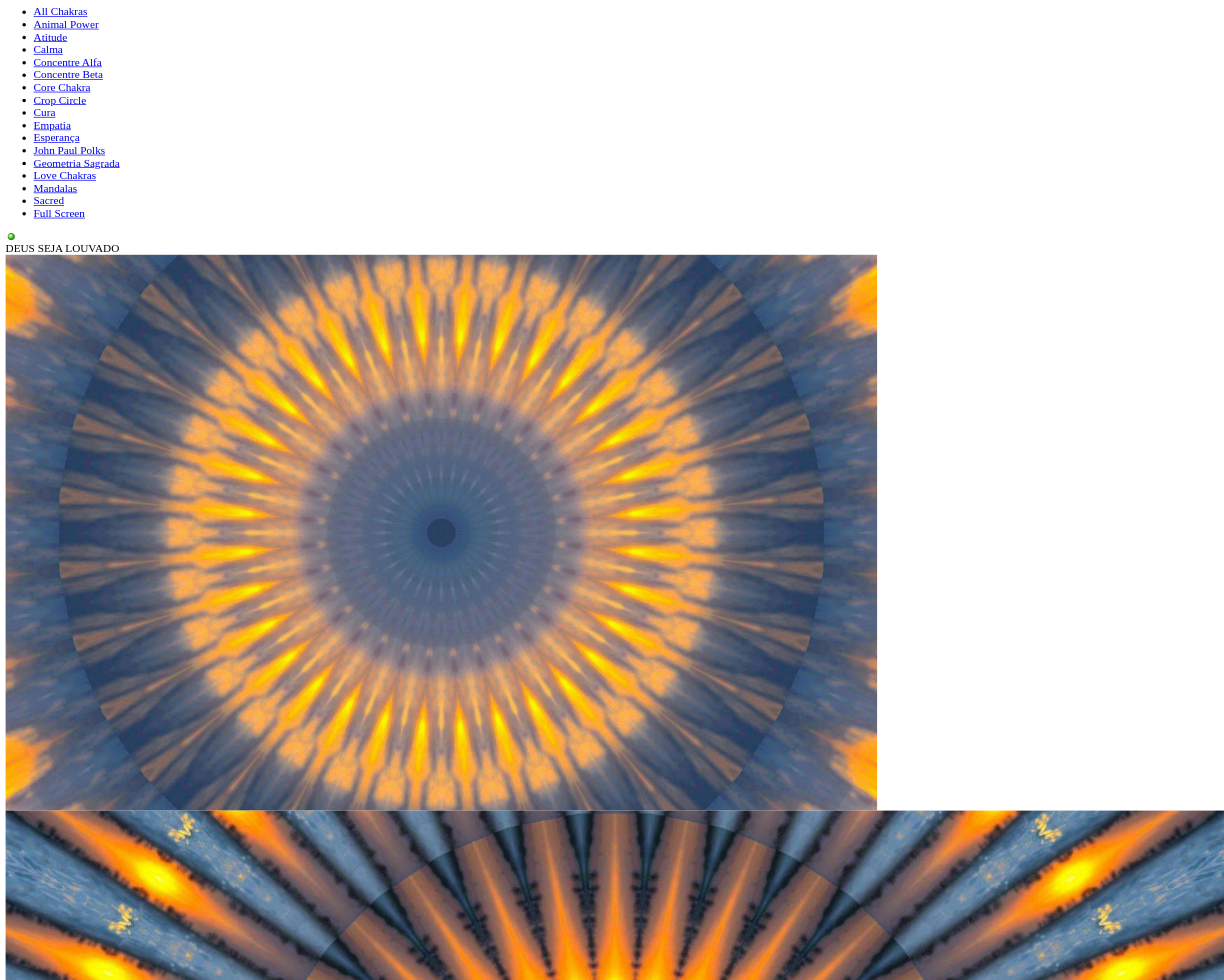
Repository: araguaci/mandala
Page: http://localhost/menu.php
An editor plug-in stored every save of this project. The page is shown before and after the next save, followed by the edit.
The browser window is 1280 px wide. The page is 1749 px wide, so the pictures cover 1749 px, including what lies to the right of the window. The pictures show the part of the page from y = 0 to 1400 px (the page is 36528 px tall before and 36258 px after), at 70% of full size.
The page is run by PHP 8.4 with error messages shown; the project is at /var/www/html/.

Above is the page before, as saved 2020-09-11 17:50:05.
Console error: ReferenceError: $ is not defined

After the next save:
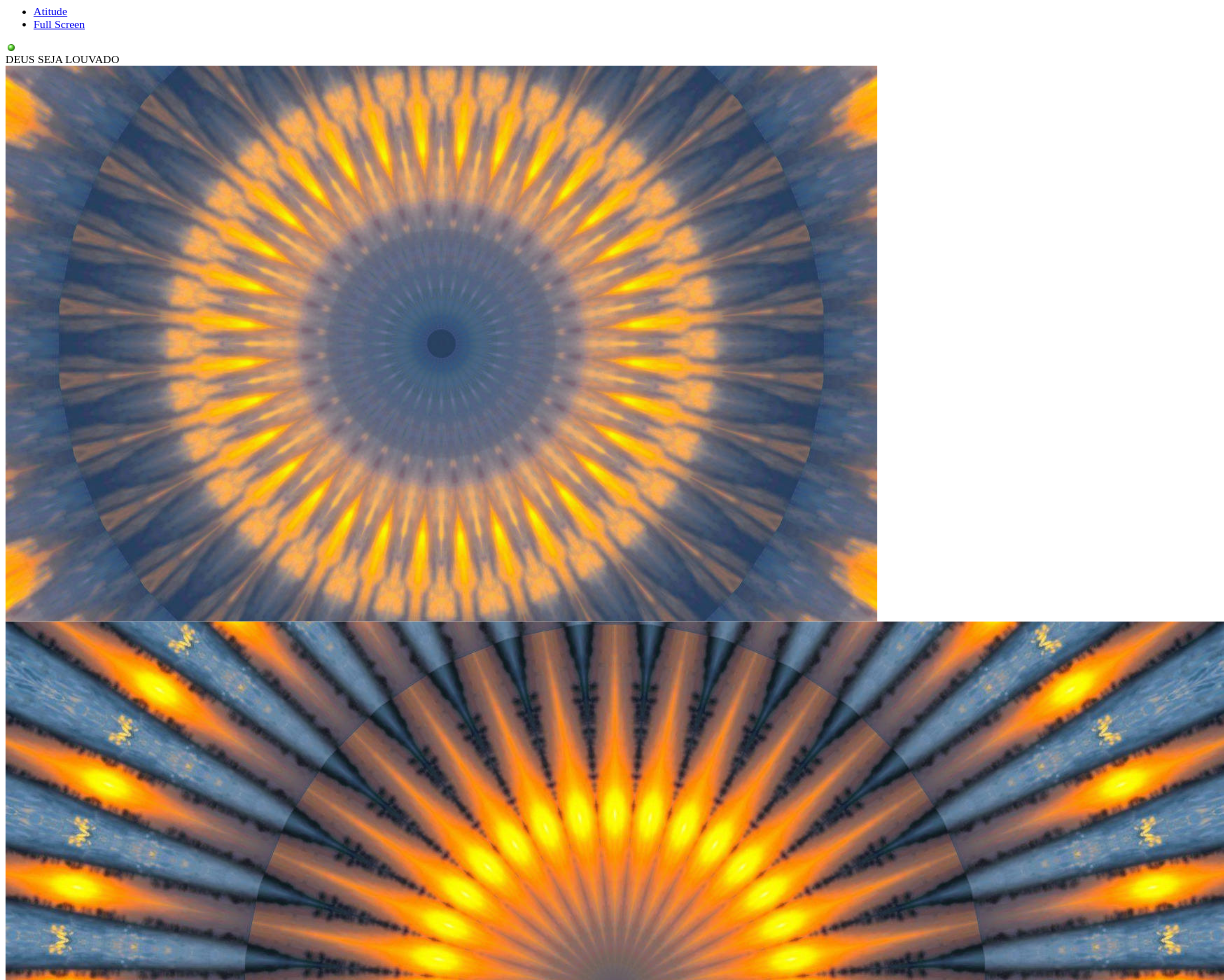
Saved 3 min 15 s later.
--- a/menu.php
+++ b/menu.php
@@ -1,22 +1,7 @@
 <?php ?>
 <offcanvas>
     <ul>
-        <li><a class="gn-icon gn-icon-pictures" href="../chakra/">All Chakras</a></li>
-        <li><a class="gn-icon gn-icon-pictures" href="../poweranimal/">Animal Power</a></li>
         <li><a class="gn-icon gn-icon-pictures" href="../atitude/">Atitude</a></li>
-        <li><a class="gn-icon gn-icon-pictures" href="../calma/">Calma</a></li>
-        <li><a class="gn-icon gn-icon-pictures" href="../concentre/">Concentre Alfa</a></li>
-        <li><a class="gn-icon gn-icon-pictures" href="../concentreb">Concentre Beta</a></li>
-        <li><a class="gn-icon gn-icon-pictures" href="../esperanca/">Core Chakra</a></li>
-        <li><a class="gn-icon gn-icon-pictures" href="../cropcircle/">Crop Circle</a></li>
-        <li><a class="gn-icon gn-icon-pictures" href="../cura/">Cura</a></li>
-        <li><a class="gn-icon gn-icon-pictures" href="../empatia/">Empatia</a></li>
-        <li><a class="gn-icon gn-icon-pictures" href="../esperanca/">Esperança</a></li>
-        <li><a class="gn-icon gn-icon-pictures" href="../johnpaulpolks/">John Paul Polks</a></li>
-        <li><a class="gn-icon gn-icon-pictures" href="../geometria/">Geometria Sagrada</a></li>
-        <li><a class="gn-icon gn-icon-pictures" href="../calma/">Love Chakras</a></li>
-        <li><a class="gn-icon gn-icon-pictures" href="../mandalas/">Mandalas</a></li>
-        <li><a class="gn-icon gn-icon-pictures" href="../sacred/">Sacred</a></li>
         <li><a class="gn-icon gn-icon-cog" href="#" onclick="toggleFullScreen();">Full Screen</a></li>
     </ul>
 </offcanvas>
